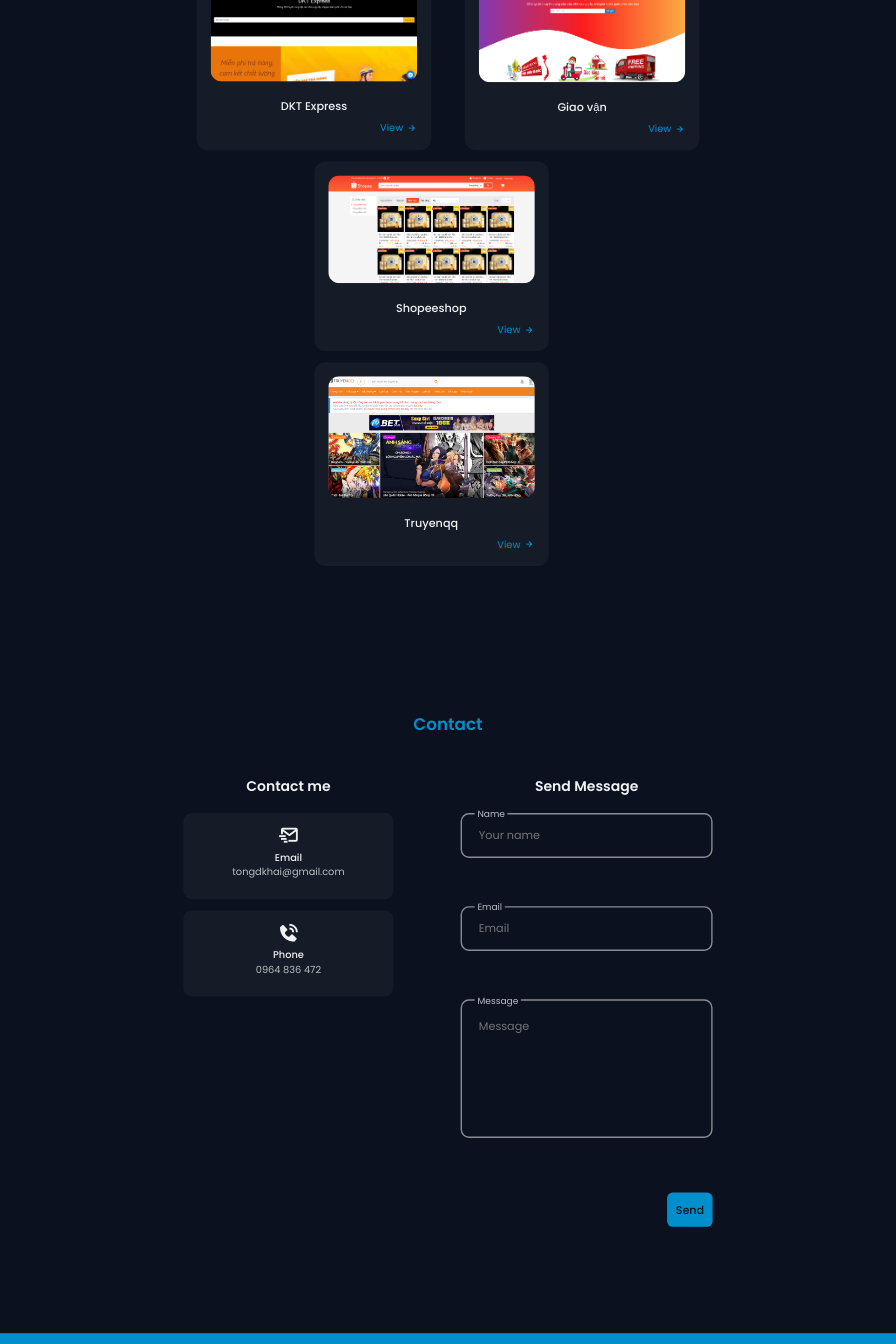
Repository: tongdkhai/portfolio
Page: index.html
An editor plug-in stored every save of this project. The page is shown before and after the next save, followed by the edit.
The browser window is 1280 px wide. The pictures show the part of the page from y = 2182 to 4102 px (the page is 4420 px tall before and 4133 px after), at 70% of full size.

Above is the page before, as saved 2022-08-24 14:41:46.

After the next save:
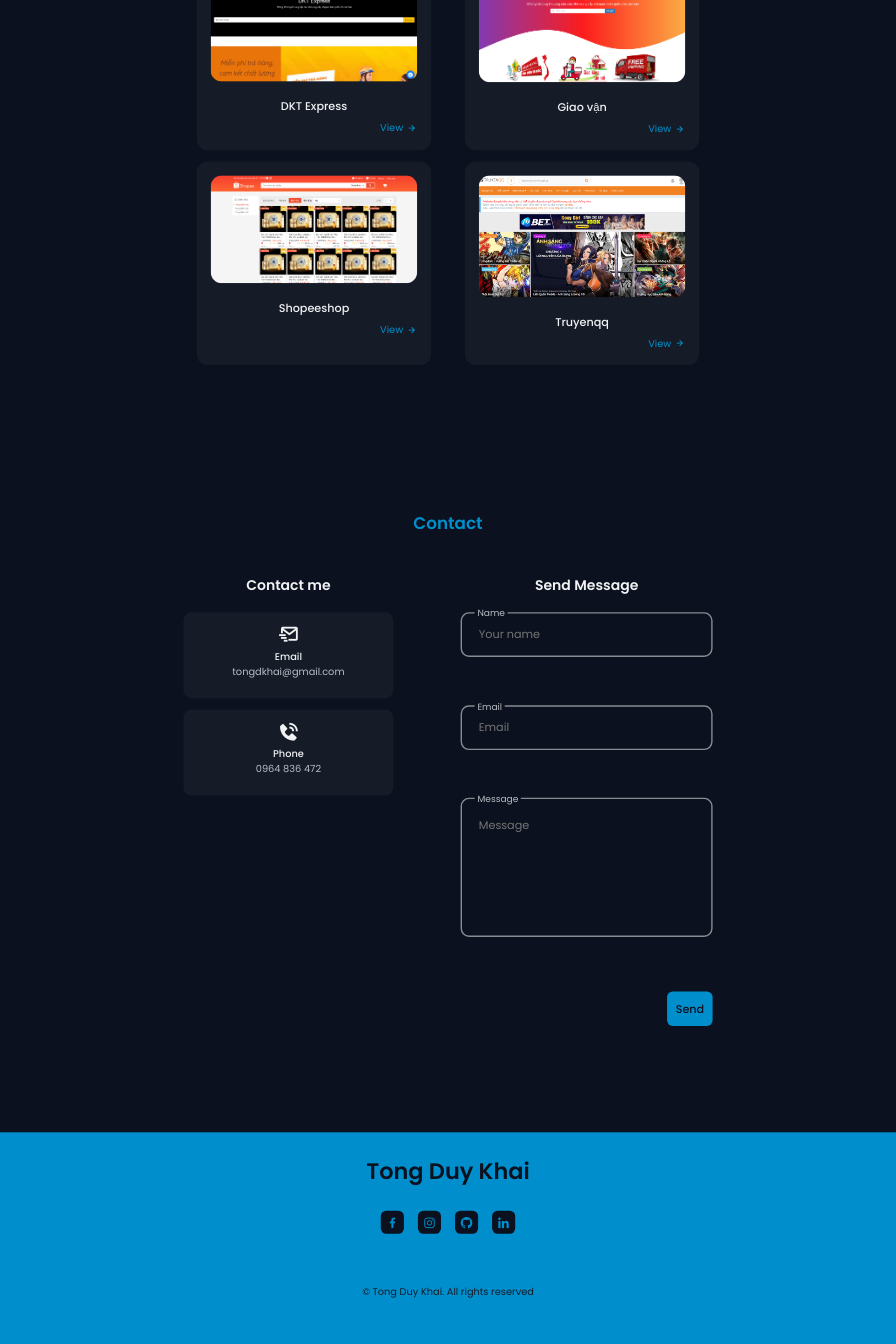
Saved 40 s later.
--- a/index.html
+++ b/index.html
@@ -229,8 +229,6 @@
                     </a>
                 </div>
 
-            </div>
-            <div class="work__container container grid">
                 <div class="work__card mix web">
                     <img src="./img/Truyenqq.png" alt="" class="work__img">
 
@@ -239,7 +237,6 @@
                         View <i class='bx bx-right-arrow-alt work__icon'></i>
                     </a>
                 </div>
-
             </div>
         </section>
 
